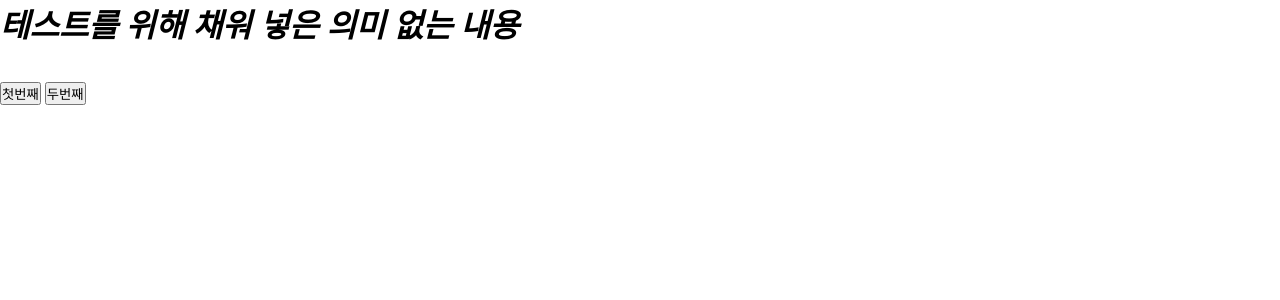
Repository: Axing00/SCSS
Page: test/index.html
An editor plug-in stored every save of this project. The page is shown before and after the next save, followed by the edit.
The browser window is 1280 px wide. The pictures show the whole page.
The style sheet was rebuilt from its Sass, Less or Tailwind sources for each picture, by a compiler version that may differ from the author's.

Above is the page before, as saved 2023-03-20 11:42:20.

### test/index.html
<!DOCTYPE html>
<html lang="ko">

<head>
	<meta charset="UTF-8">
	<meta http-equiv="X-UA-Compatible" content="IE=edge">
	<meta name="viewport" content="width=device-width, initial-scale=1.0">
	<link rel="stylesheet" href="css/main.css">
	<title>scss test</title>
</head>

<body>
	<p>테스트를 위해 채워 넣은 의미 없는 내용</p>
	<br>
	<br>
	<button class="first-btn">첫번째</button>
	<button class="second-btn">두번째</button>
</body>

</html>

### test/style/main.scss

*{
	margin: 0;
	padding:0;
}

p{
	font: {
		style: italic;
		weight: 900;
		size: 32px;
	};
}

/*
	&는 상위선택자
	상위선택자 참조는 의사(가상)클래스를 선택하고자 할때 특히 유용한 방법이다.
*/

.first-btn{
	&:hover{
		background: {
			color: red;
		};
	}
}

.second-btn{
	&:hover{
		background: {
			color: blue;
		};
	}
}

After the next save:
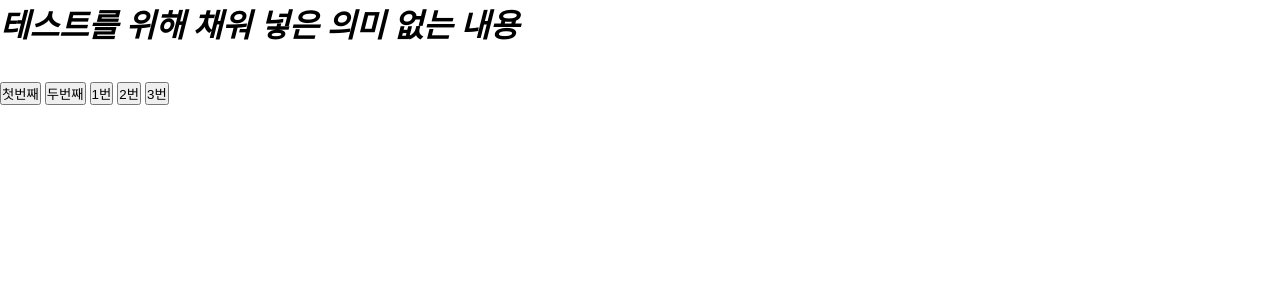
Saved 103 min 13 s later.
--- a/test/index.html
+++ b/test/index.html
@@ -15,6 +15,17 @@
 	<br>
 	<button class="first-btn">첫번째</button>
 	<button class="second-btn">두번째</button>
+
+
+
+	<button>1번</button>
+	<button>2번</button>
+	<button>3번</button>
+
+
+
+
+
 </body>
 
 </html>
